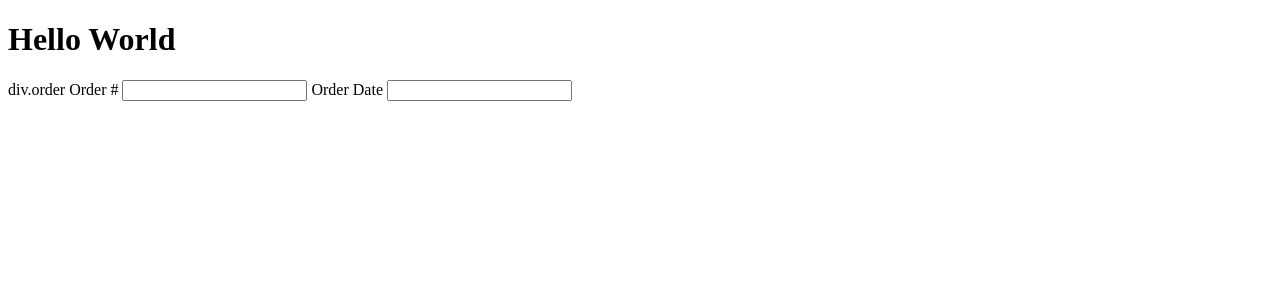
Repository: pmbyrd/rgp-catering
Page: index.html
The author's editor kept a copy of each file at every save. The page is drawn from the files as they stood at one save, then again after the next save.
The browser window is 1280 px wide. The pictures show the whole page.

Above is the page before, as saved 2023-12-04 17:06:05.

After the next save:
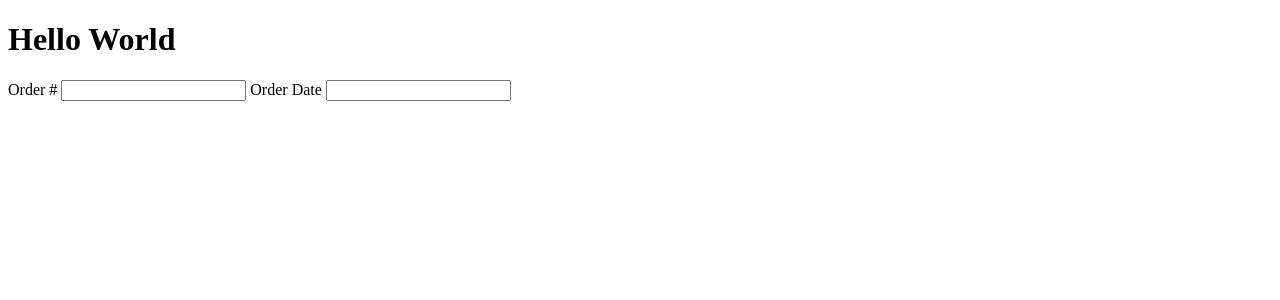
Saved 5 s later.
--- a/index.html
+++ b/index.html
@@ -9,7 +9,7 @@
     <h1>Hello World</h1>
     <form action="">
         <div class="details">
-        div.order
+        <div class="order-details"></div>
         <label for="order-id">Order #</label>
         <input type="text" id="order-id">
         <label for="order-date">Order Date</label>
